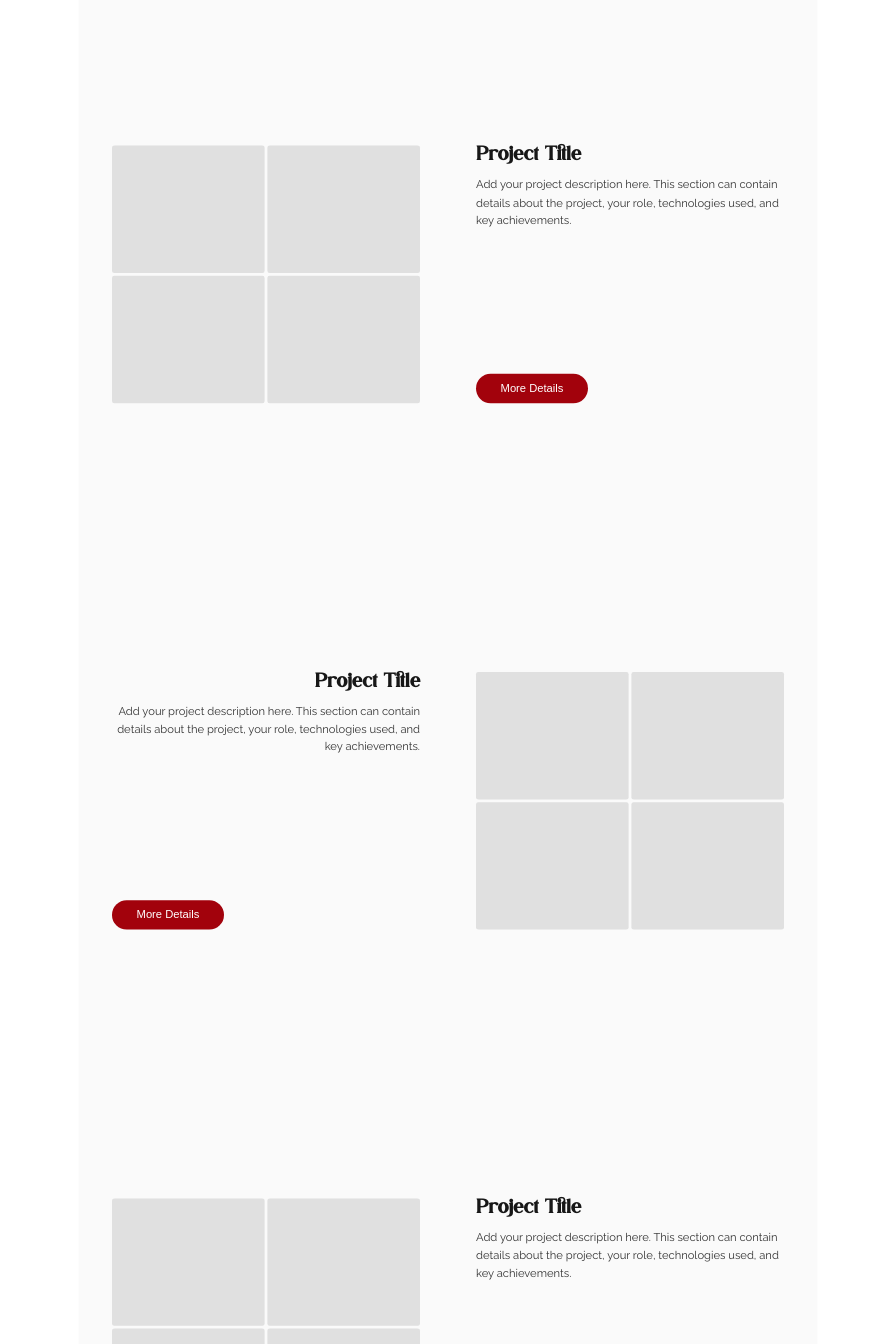
Repository: Micaelavalmores/Micaela-Portfolio
Page: /home-page
These files come from the project's save history. The page is drawn as it stood at one moment and after the next save; the edit follows.
The browser window is 1280 px wide. The pictures show the part of the page from y = 0 to 1920 px (the page is 3040 px tall), at 70% of full size.
The project was rebuilt for these pictures with package versions that can differ from the ones it lists, and the page was loaded fresh each time. The framework's server and built-in components were replaced by stand-ins that run in the browser. Also part of the build but not shown: next.config.mjs.

Above is the page before, as saved 2026-01-27 08:31:15.

After the next save:
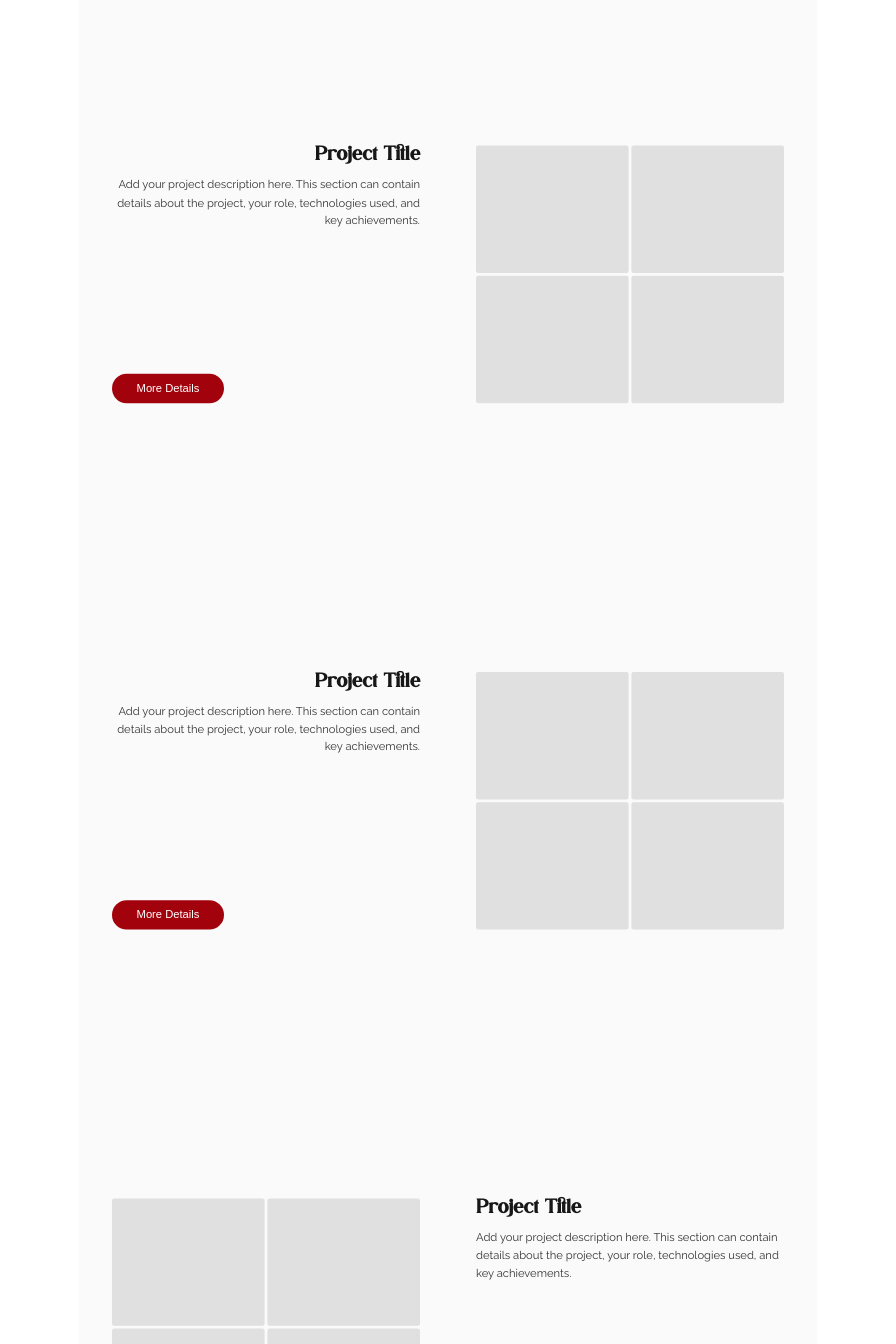
Saved 46 s later.
--- a/app/home-page/page.js
+++ b/app/home-page/page.js
@@ -6,7 +6,7 @@ export default function HomePage() {
   return (
     <main className={styles.page}>
       <div className={styles['Proj-sec']}>
-        <FtProj reversed={false}/>
+        <FtProj reversed={true}/>
         <FtProj reversed={true} />
         <FtProj reversed={false}/>
         <FtProj reversed={true} />
